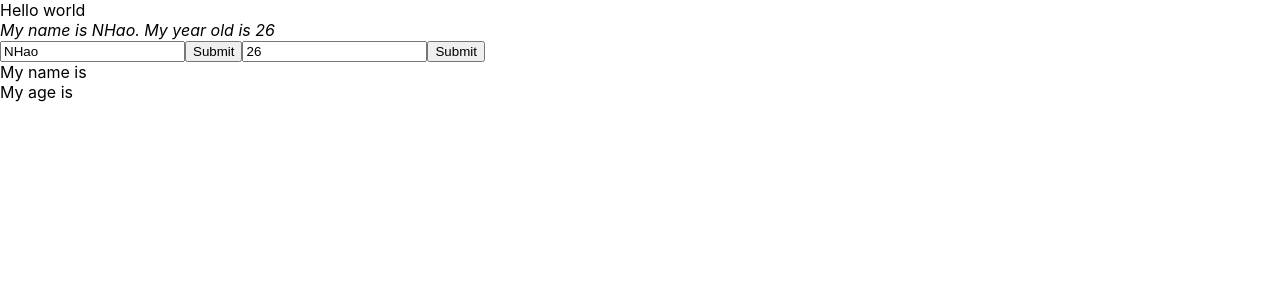
Repository: haonguyen09/reactProject
Page: /
An editor plug-in stored every save of this project. The page is shown before and after the next save, followed by the edit.
The browser window is 1280 px wide. The pictures show the whole page.
The project was rebuilt for these pictures with package versions that can differ from the ones it lists, and the page was loaded fresh each time.

Above is the page before, as saved 2023-08-01 13:34:43.

After the next save:
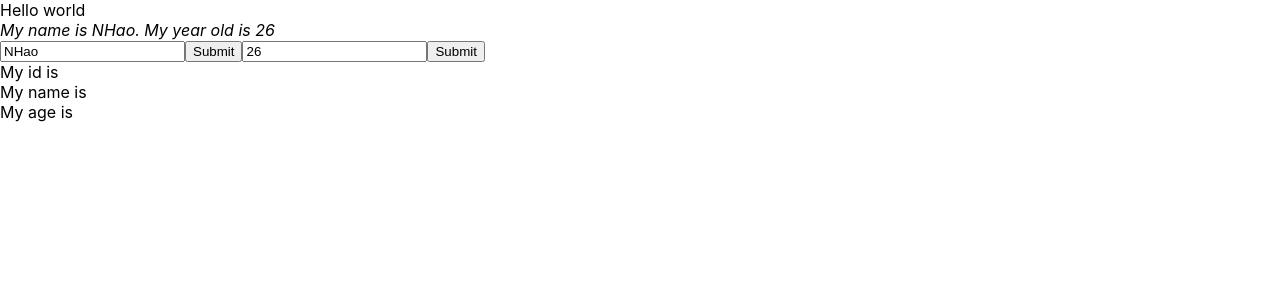
Saved 31 s later.
--- a/src/components/MyInfo.js
+++ b/src/components/MyInfo.js
@@ -5,10 +5,11 @@ class MyInfo extends React.Component {
 
 
     render() {
-        const { age, name } = this.props;
+        const { id, age, name } = this.props;
         return (
 
             <div>
+                <div>My id is {id}</div>
                 <div>My name is {name}</div>
                 <div>My age is {age }</div>
 
